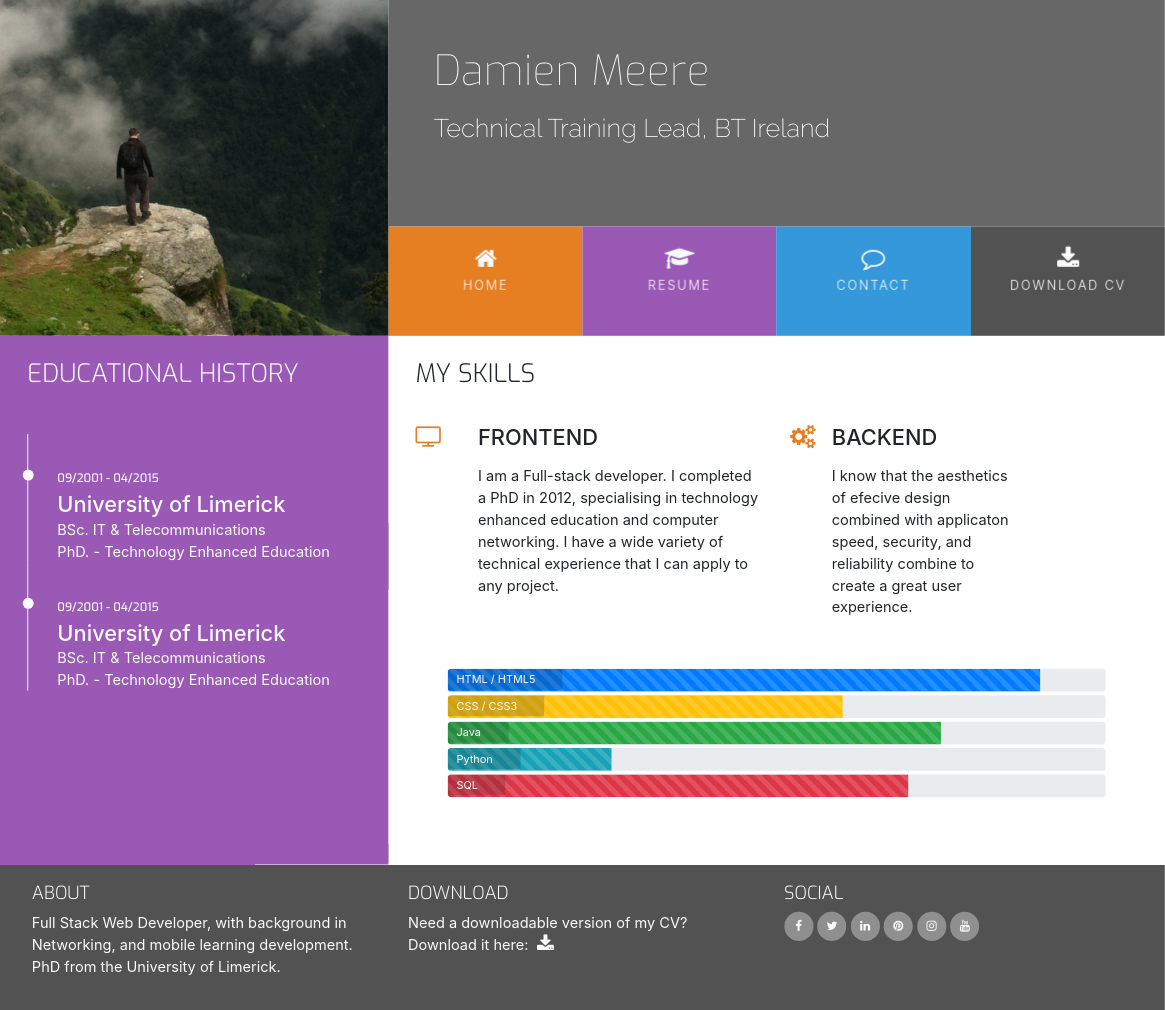
Repository: damien-meere/cv_site_project
Page: resume.html
The author's editor kept a record of every edit. The page is drawn from the files as they stood at one moment, then again after the next edit.
The browser window is 1280 px wide. The pictures show the whole page, at 91% of full size.

Above is the page before.

After the next edit:
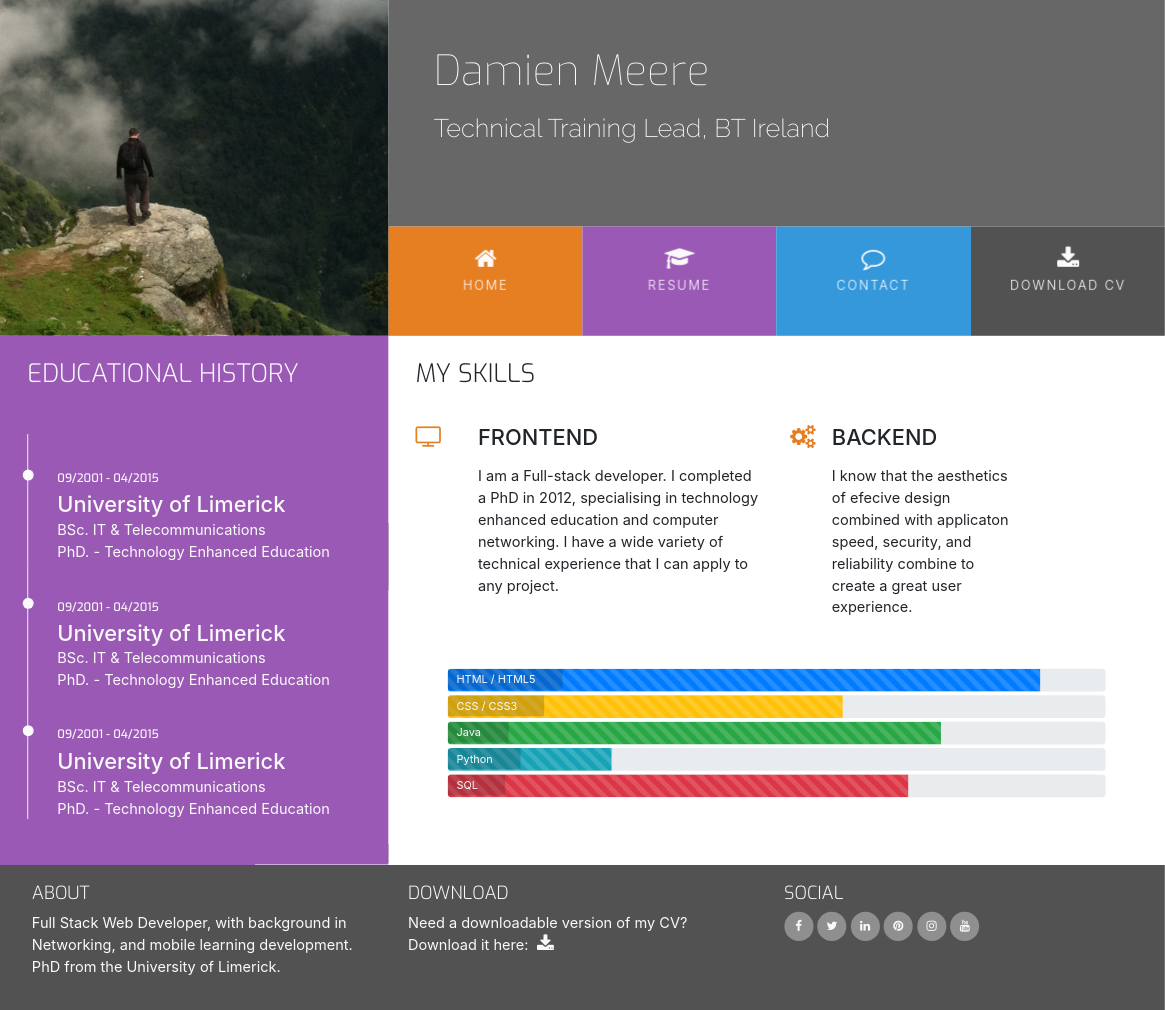
The edit:
--- a/resume.html
+++ b/resume.html
@@ -66,6 +66,11 @@
                     <p>BSc. IT & Telecommunications</p>
                     <p>PhD. - Technology Enhanced Education</p>
                 </div>
+                <div class="timeline-item" data-dates="09/2001 - 04/2015">
+                    <h4>University of Limerick</h4>
+                    <p>BSc. IT & Telecommunications</p>
+                    <p>PhD. - Technology Enhanced Education</p>
+                </div>
 
             </div>
 
